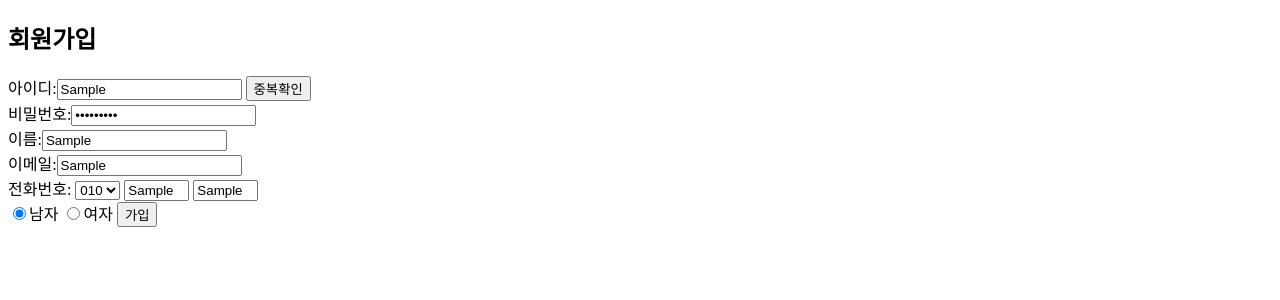
Repository: sejun98/sosobordgameJSP
Page: http://localhost/singup/join.jsp
The author's editor kept a copy of each file at every save. The page is drawn from the files as they stood at one save, then again after the next save.
The browser window is 1280 px wide. The pictures show the whole page.
Empty fields were first filled with sample values (such as "Sample", 5 or name@example.com).
After loading, the first visible `input[onclick="checkLogin()"]` was clicked once.
The page is served by Tomcat 9.

Above is the page before, as saved 2022-10-07 06:19:10.
Console error: TypeError: Cannot read properties of undefined (reading 'idDuplication')

### singup/src/main/webapp/join.jsp
<%@ page language="java" contentType="text/html; charset=UTF-8"
    pageEncoding="UTF-8"%>
<%@ page import="java.sql.*" %>
<%@ page import="java.text.*" %>
<%@ page import="java.util.*, java.lang.*"  %>
<!DOCTYPE html>
<html>
<head>
<meta charset="UTF-8">
<title>회원가입 입력 화면</title>
</head>

<script>
	var form = document.loginForm;
	function checkLogin() {
		var joinForm = document.joinForm;
		var regExpId = /^[a-z|A-Z|ㄱ-ㅎ|ㅏ-ㅣ|가-힣]/;
		var regExpName = /^[가-힣]*$/;
		var regExpPasswd = /^[0-9]*$/;
		var regExpPhone = /^\d{3}-\d{3,4}-\d{4}$/;
		var regExpEmail = /^[0-9a-zA-Z]([-_\.]?[0-9a-zA-Z])*@[0-9a-zA-Z]([-_\.]?[0-9a-zA-Z])*\.[a-zA-Z]{2,3}$/i;

		var form = document.loginForm;

		var phone = form.phone1.value + "-" +form.phone2.value + "-" + form.phone3.value;

		if(form.id.value=="") {
			alert("아이디를 입력해주세요");
			form.id.focus();
			return false;
		} else if(!regExpId.test(form.id.value)){
			alert("아이디는 문자로 시작해주세요!");
			form.id.focus();
			return false;
		}else if (form.id.value.length < 4 || form.id.value.length > 12) {
			alert("아이디는 4 ~ 12자 이내로 입력 가능합니다!");
			form.id.focus();
			return false;
		} else if (joinForm.idDuplication.value != "idCheck") {
			alert("아이디를 중복체크 해주세요.");
			return false;
		} else if (form.pw.value==""){
			alert("비밀번호를 입력해주세요.");
			form.pw.focus();
			return false;
		} else if (form.pw.value.length < 8 || form.pw.value.length > 14){
			alert("비밀번호는 8 ~ 14자 이내로 입력 가능합니다.");
			form.pw.focus();
			return false;
		} else if(!regExpPasswd.test(form.pw.value)){
			alert("비밀번호는 숫자만입력해주세요!");
			form.pw.focus();
			return false;
		} else if(form.name.value==""){
			alert("이름을 입력해 주세요.");
			form.name.focus();
			return false;
		} else if(!regExpName.test(form.name.value)){
			alert("이름은 한글만 입력해주세요");
			form.name.focus();
			return false;
		} else if (!regExpEmail.test(form.email.value)){
			alert("이메일 입력을 확인해주세요");
			form.email.focus();
			return false;
		} else if(!regExpPhone.test(phone)){
			alert("연락처 입력을 확인해주세요");
			form.phone2.focus();
			return false;
		}
		form.submit();
	}

	<!-- 아이디중복체크 -->
	function fn_dbCheckId(){

		var form = document.loginForm;
		//새창을 열어서 페이지를 오픈 후 -> 회원아이디정보를 가지고 중복체크
		//1. 아이디가 없으면 알림창과 진행x
		if(form.id.value == "" || form.id.value.length < 0){
			alert("아이디를 먼저 입력해주세요")
			document.fr.id.focus();
		}else{
			//2. 회원정보아이디를 가지고 있는 지 체크하려면 DB에 접근해야한다.
			//자바스크립트로 어떻게 DB에 접근할까? => 파라미터로 id값을 가져가서 jsp페이지에서 진행하면 된다.
			window.open("joinIdCheck.jsp?userid="+document.fr.id.value,"","width=500, height=300");
		}
	}
</script>


<body>

	<h2>회원가입</h2>

	<form action="join_ok.jsp" method="post" name="loginForm">
		아이디:<input type="text" name="id">
		<input type="button" value="중복확인" class="dup" onclick="fn_dbCheckId()" name="dbCheckId" class="IdCheck"><br>
		<input type="hidden" name="idDuplication" value="idUncheck">
		비밀번호:<input type="password" name="pw"><br/>
		이름:<input type="text" name="name"><br/>
		이메일:<input type="text" name="email"><br/>
		전화번호:
		<select name="phone1">
			<option>010</option>
			<option>02</option>
			<option>031</option>
			<option>051</option>
		</select>
		<input type="text" name="phone2" size="5" maxlength="4">
		<input type="text" name="phone3" size="5" maxlength="4">

		<br/>
		<input type="radio" name="gender" value="m" checked>남자
		<input type="radio" name="gender" value="f">여자

		<input type="button" value="가입" onclick="checkLogin()">
	</form>
</body>
</html>

After the next save:
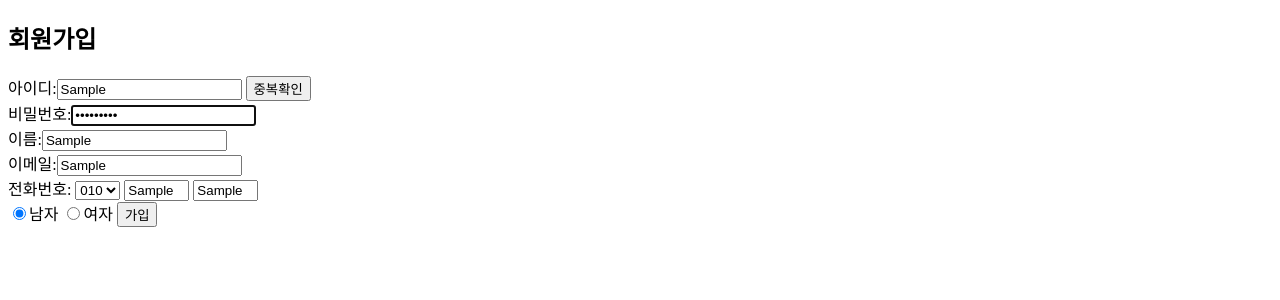
The error is gone.
Saved 2 min 19 s later.
--- a/singup/src/main/webapp/join.jsp
+++ b/singup/src/main/webapp/join.jsp
@@ -35,9 +35,6 @@
 		}else if (form.id.value.length < 4 || form.id.value.length > 12) {
 			alert("아이디는 4 ~ 12자 이내로 입력 가능합니다!");
 			form.id.focus();
-			return false;
-		} else if (joinForm.idDuplication.value != "idCheck") {
-			alert("아이디를 중복체크 해주세요.");
 			return false;
 		} else if (form.pw.value==""){
 			alert("비밀번호를 입력해주세요.");
